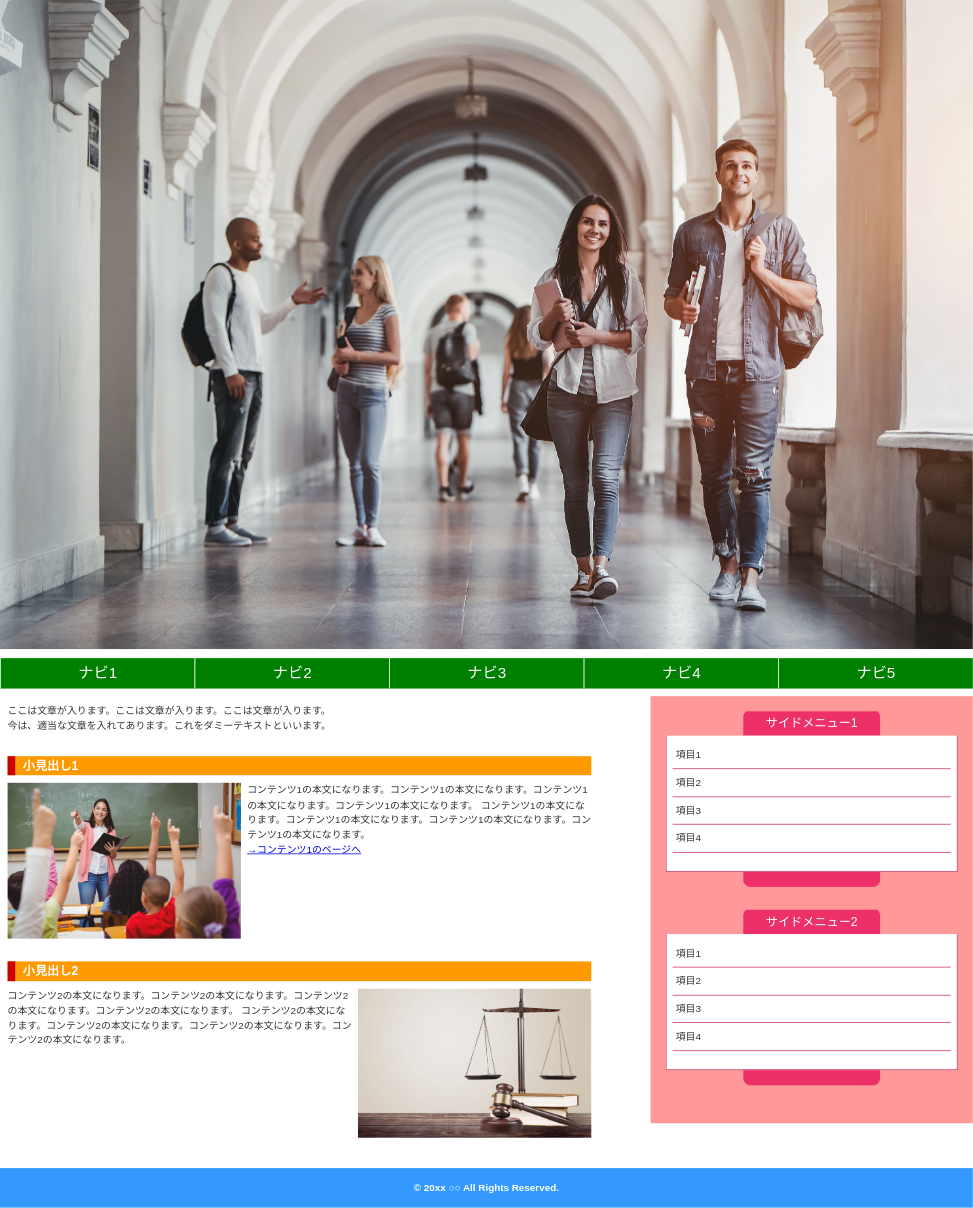
Repository: AKANE02/samurai_HTML-CSS
Page: index.html
The author's editor kept a record of every edit. The page is drawn from the files as they stood at one moment, then again after the next edit.
The browser window is 1280 px wide. The pictures show the whole page, at 76% of full size.
The pointer rests on the first visible `#nav ul li a`.

Above is the page before.

### index.html
<!DOCTYPE html>
<html lang="ja">
    <head>
        <meta charset="UTF-8">
        <title>HTML/CSSの学習</title>
        <link rel="stylesheet" href="stylesheet.css">
    </head>
    <body>
        <div id="header">
             <h1><a href="index.html"><img id="corridor" src="images/corridor.jpg" alt="大学の廊下" /></a></h1>
         </div>
        <div id="wrapper">
            <div id="nav">
                 <ul>
                     <li><a href="home.html">ナビ1</a></li>
                     <li><a href="#">ナビ2</a></li>
                     <li><a href="#">ナビ3</a></li>
                     <li><a href="#">ナビ4</a></li>
                     <li><a href="#">ナビ5</a></li>
                 </ul>
             </div>
        </div>
         <div id="container">
                 <div id="main">
                     <div class="post">
                         <p>ここは文章が入ります。ここは文章が入ります。ここは文章が入ります。<br />今は、適当な文章を入れてあります。これをダミーテキストといいます。</p>
                     </div>
                     <div class="post clearfix">
                         <h2>小見出し1</h2>
                         <img class="left" src="images/classroom.jpg" alt="授業風景" />
                         <p>
                             コンテンツ1の本文になります。コンテンツ1の本文になります。コンテンツ1の本文になります。コンテンツ1の本文になります。
                             コンテンツ1の本文になります。コンテンツ1の本文になります。コンテンツ1の本文になります。コンテンツ1の本文になります。
                         </p>
                         <p><a href="#">→コンテンツ1のページへ</a></p>
                     </div>
                     <div class="post clearfix">
                         <h2>小見出し2</h2>
                         <img class="right" src="images/scale.jpg" alt="天秤" />
                         <p>
                             コンテンツ2の本文になります。コンテンツ2の本文になります。コンテンツ2の本文になります。コンテンツ2の本文になります。
                             コンテンツ2の本文になります。コンテンツ2の本文になります。コンテンツ2の本文になります。コンテンツ2の本文になります。
                         </p>
                     </div>
                 </div>
                   <div id="side">
                     <div class="box">
                         <h2>サイドメニュー1</h2>
                         <div class="boxBody">
                             <ul>
                                 <li>項目1</li>
                                 <li>項目2</li>
                                 <li>項目3</li>
                                 <li>項目4</li>
                             </ul>
                         </div>
                     </div>
                     <div class="box">
                         <h2>サイドメニュー2</h2>
                         <div class="boxBody">
                             <ul>
                                 <li>項目1</li>
                                 <li>項目2</li>
                                 <li>項目3</li>
                                 <li>項目4</li>
                             </ul>
                         </div>
                     </div>
                 </div>
             </div>
    　  <div id="footer">
             <p>&copy; 20xx ○○ All Rights Reserved.</p>
        </div>
    </body>
</html>

### stylesheet.css
@charset "utf-8";

body {
	margin: 0;
	padding: 0;
	font-family: "ヒラギノ角ゴ Pro W3", "Hiragino Kaku Gothic Pro", "メイリオ", Meiryo, Osaka, "ＭＳ Ｐゴシック", "MS PGothic", sans-serif;
	color: #333;
	font-size: 13px;
	line-height: 150%;
}

/* -------------------- wrapper -------------------- */
#wrapper {
	width: 100%;
	margin: auto;
	padding: 0px;
	border: 0px;
	background-color: #FFF;
    top: 10px;
    position: relative;
}

/* -------------------- header -------------------- */
  #header {
  	width: 100%;
  }
  #header h1 {
  	 margin: 0;
 	 padding: 0;
  }

  #corridor {
 	 width: 100%;
 	 height: auto;
  }

  /* -------------------- footer -------------------- */
  #footer {
  	 clear: both;
  	 width: 100%;
  	 padding: 3px 0 3px 0;
  	 background: #39F;
  	 color: #FFF;
  	 font-weight: bold;
  	 text-align: center;
  }

   /* -------------------- nav -------------------- */
  #nav {
 	 width: 100%;
  }
  #nav ul {
 	 margin: 0;
 	 padding: 0;
 	 list-style-type: none;
  }
  #nav ul li {
 	 float: left;
 	 width: 20%;
 	 text-align: center;
  }
  #nav ul li a {
 	 display: block;
 	 height: 20px;
 	 margin: 0;
 	 padding: 10px;
 	 color: #FFF;
 	 font-size: 20px;
 	 text-decoration: none;
 	 background-color: green;
     border-left: 1px solid white;
  }

  /* -------------------- container -------------------- */
  #container {
 	 width: 100%;
 	 margin: auto ;
 	 padding-top: 20px;
 	 clear: both;
  }
  /* -------------------- main -------------------- */
  #main {
 	 float: left;
 	 width: 60%;
 	 padding: 10px 30px 10px 10px;
  }
  #main h2 {
 	 margin: 0 0 10px 0;
 	 padding: 3px 10px 3px 10px;
 	 color: #FFF;
 	 font-size: 16px;
 	 border-left: solid 10px #C00;
 	 background-color: #F90;
  }
  #main p {
 	 margin: 0;
 	 padding: 0;
  }
  #main .post {
 	 margin: 0 0 30px 0;
  }

  #main .post img.right {
 	 margin: 0 0 0 8px;
  }
  #main .post img.left {
 	 margin: 0 8px 0 0;
  }

  .right {
 	 float: right;
 	 width: 40%;
 	 height: auto;
  }
  .left {
 	 float: left;
 	 width: 40%;
 	 height: auto;
  }

  /* -------------------- clearfix -------------------- */
  .clearfix {
 	 zoom: 1;
  }
  .clearfix:after{
 	 content: "";
 	 display: block;
 	 clear: both;
  }

  /* -------------------- side -------------------- */
  #side {
  	 float: right;
  	 width: 30%;
  	 padding: 20px;
  	 background-color: #F99;
  }
  #side .box {
  	 margin: 0 auto 30px auto;
  	 padding: 0 0 20px 0;
  	 background: url(images/side_box.png) bottom no-repeat;
  }
  #side .box h2 {
  	 margin: 0;
  	 padding: 8px;
  	 text-align: center;
  	 color: #fff;
  	 font-size: 16px;
  	 line-height: 16px;
  	 font-weight: normal;
  	 background: url(images/side_box_h2.png) center no-repeat;
  }
  #side .box .boxBody {
  	 padding: 8px;
  	 border-right: solid 1px #C36;
  	 border-bottom: solid 1px #C36;
  	 border-left: solid 1px #C36;
  	 background: #fff;
  }
  #side .box .boxBody ul {
  	 margin: 0 0 16px 0;
  	 padding: 0;
  }
  #side .box .boxBody ul li {
  	 padding: 8px 0 8px 4px;
  	 list-style: none;
  	 border-bottom: solid 1px #C36;
  }

After the next edit:
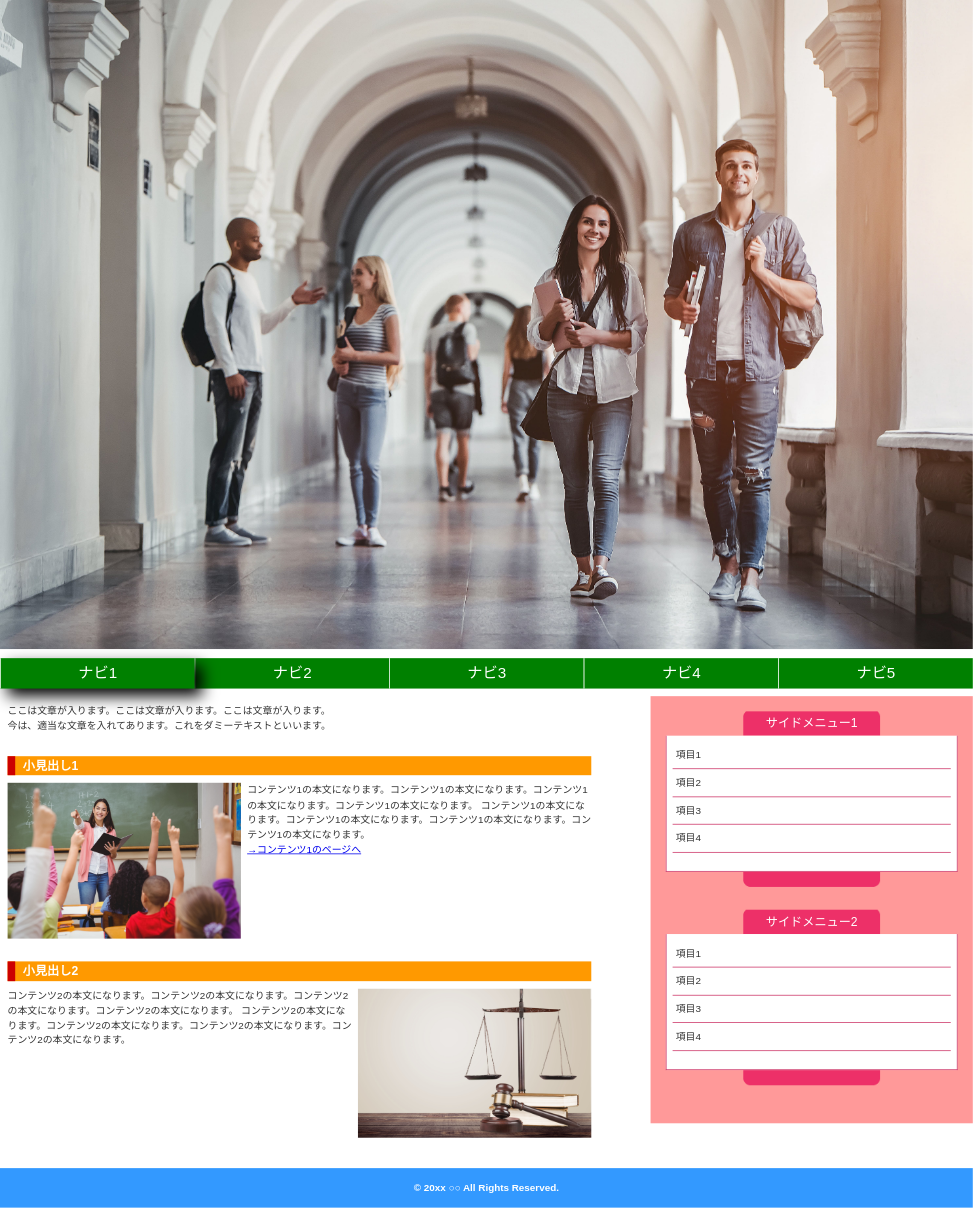
The edit:
--- a/stylesheet.css
+++ b/stylesheet.css
@@ -69,6 +69,10 @@
  	 text-decoration: none;
  	 background-color: green;
      border-left: 1px solid white;
+  }
+
+  #nav ul li a:hover {
+ 	 filter: drop-shadow(10px 10px 10px black);
   }
 
   /* -------------------- container -------------------- */
